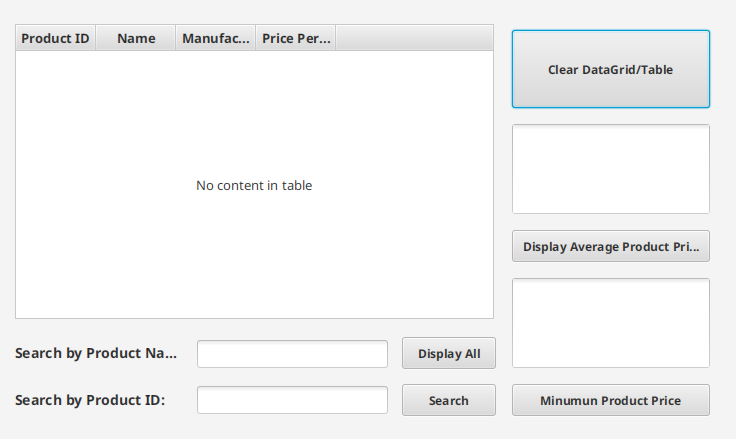
Repository: Kevinrivas96/Java-FinalExam-W24
Program's window: java kevinrivas_COMP1011_003/src/kevinrivas_ex01/displayResults.java
The author's editor kept a copy of each file at every save. The program's window is drawn from the files as they stood at one save, then again after the next save.
It runs on Java 21 on a 1366 x 768 screen with JavaFX 11; the title bar is not drawn.

Above is the program's window before, as saved 2024-04-16 23:29:49.

### kevinrivas_COMP1011_003/src/kevinrivas_ex01/displayResults.java
package kevinrivas_ex01;

import javafx.application.Application;
import javafx.fxml.FXMLLoader;
import javafx.stage.Stage;
import javafx.scene.Parent;
import javafx.scene.Scene;

public class displayResults extends Application {
	   @Override
	   public void start(Stage stage) throws Exception {
	      Parent root =
	         FXMLLoader.load(getClass().getResource("products.fxml"));

	      Scene scene = new Scene(root);
	      stage.setTitle("Products");
	      stage.setScene(scene);
	      stage.show();
	   }

	   public static void main(String[] args) {
	      launch(args);
	   }
	}

### kevinrivas_COMP1011_003/src/kevinrivas_ex01/ProductController.java
package kevinrivas_ex01;

import java.net.URL;
import java.sql.Connection;
import java.sql.DriverManager;
import java.sql.PreparedStatement;
import java.sql.ResultSet;
import java.sql.SQLException;
import java.util.ResourceBundle;

import javafx.event.ActionEvent;
import javafx.fxml.FXML;
import javafx.fxml.Initializable;
import javafx.scene.control.Alert;
import javafx.scene.control.Button;
import javafx.scene.control.TableColumn;
import javafx.scene.control.TableView;
import javafx.scene.control.TextArea;
import javafx.scene.control.TextField;
import javafx.scene.control.cell.PropertyValueFactory;



public class ProductController implements Initializable {

    @FXML
    private TableView<Product> resultsOutput;

    @FXML
    private Button clearBtn;

    @FXML
    private Button searchBtn;

    @FXML
    private TextField productName;

    @FXML
    private TextField productID;

    @FXML
    private TextArea avgOutput;

    @FXML
    private Button displayAvgBtn;

    @FXML
    private TextArea minProdOutput;

    @FXML
    private Button MinProductBtn;


    private Connection connection;
    private PreparedStatement selectAllStatement;
    private PreparedStatement searchStatement;

    @Override
    public void initialize(URL url, ResourceBundle rb) {
        try {
            connection = DriverManager.getConnection("jdbc:mysql://localhost:3306/productsdb", "root", "Welcome1");

            selectAllStatement = connection.prepareStatement("SELECT * FROM products");

            // Configure the columns in the TableView to match your database columns
            TableColumn<Product, Integer> productIDCol = new TableColumn<>("Product ID");
            productIDCol.setCellValueFactory(new PropertyValueFactory<>("productID"));

            TableColumn<Product, String> nameCol = new TableColumn<>("Name");
            nameCol.setCellValueFactory(new PropertyValueFactory<>("name"));

            TableColumn<Product, String> manufacturerNameCol = new TableColumn<>("Manufacturer Name");
            manufacturerNameCol.setCellValueFactory(new PropertyValueFactory<>("manufacturerName"));

            TableColumn<Product, Double> pricePerUnitCol = new TableColumn<>("Price Per Unit");
            pricePerUnitCol.setCellValueFactory(new PropertyValueFactory<>("pricePerUnit"));

            resultsOutput.getColumns().addAll(productIDCol, nameCol, manufacturerNameCol, pricePerUnitCol);

            clearBtn.setOnAction(this::clearAll);
            searchBtn.setOnAction(this::searchProduct);

        } catch (SQLException e) {
            e.printStackTrace();
        }
    }

    @FXML
    private void displayAll(ActionEvent event) {
        try {
            resultsOutput.getItems().clear();
            ResultSet resultSet = selectAllStatement.executeQuery();
            while (resultSet.next()) {
                int productID = resultSet.getInt("ProductID");
                String name = resultSet.getString("Name");
                String manufacturerName = resultSet.getString("ManufacturerName");
                double pricePerUnit = resultSet.getDouble("PricePerUnit");
                resultsOutput.getItems().add(new Product(productID, name, manufacturerName, pricePerUnit));
            }
        } catch (SQLException e) {
            e.printStackTrace();
        }
    }

    @FXML
    private void clearAll(ActionEvent event) {
        resultsOutput.getItems().clear();
        avgOutput.clear();
        minProdOutput.clear();
    }

    @FXML
    private void searchProduct(ActionEvent event) {
        try {
            String searchName = productName.getText().trim();
            String searchID = productID.getText().trim();
            String query = "SELECT * FROM products WHERE Name = ? OR ProductID = ?";
            PreparedStatement searchStatement = connection.prepareStatement(query);
            searchStatement.setString(1, searchName);
            searchStatement.setString(2, searchID);
            ResultSet resultSet = searchStatement.executeQuery();
            resultsOutput.getItems().clear();
            boolean found = false;
            while (resultSet.next()) {
                int productID = resultSet.getInt("ProductID");
                String name = resultSet.getString("Name");
                String manufacturerName = resultSet.getString("ManufacturerName");
                double pricePerUnit = resultSet.getDouble("PricePerUnit");
                resultsOutput.getItems().add(new Product(productID, name, manufacturerName, pricePerUnit));
                found = true;
            }
            searchStatement.close();
            if (!found) {
                // Display an error message here
                Alert alert = new Alert(Alert.AlertType.ERROR);
                alert.setTitle("Search Result");
                alert.setHeaderText(null);
                alert.setContentText("No results found.");
                alert.showAndWait();
            }
        } catch (SQLException e) {
            e.printStackTrace();
        }
    }

    @FXML
    private void displayAveragePrice(ActionEvent event) {
        try {
            String query = "SELECT AVG(PricePerUnit) FROM products";
            PreparedStatement avgStatement = connection.prepareStatement(query);
            ResultSet resultSet = avgStatement.executeQuery();
            if (resultSet.next()) {
                double avgPrice = resultSet.getDouble(1);
                avgOutput.setText(String.valueOf(avgPrice));
            }
            avgStatement.close();
        } catch (SQLException e) {
            e.printStackTrace();
        }
    }

    @FXML
    private void displayMinProduct(ActionEvent event) {
        try {
            String query = "SELECT MIN(PricePerUnit) FROM products";
            PreparedStatement minStatement = connection.prepareStatement(query);
            ResultSet resultSet = minStatement.executeQuery();
            if (resultSet.next()) {
                double minPrice = resultSet.getDouble(1);
                minProdOutput.setText(String.valueOf(minPrice));
            }
            minStatement.close();
        } catch (SQLException e) {
            e.printStackTrace();
        }
    }


    // Don't forget to close the connection when done
    public void close() {
        try {
            if (selectAllStatement != null) {
                selectAllStatement.close();
            }
            if (searchStatement != null) {
                searchStatement.close();
            }
            if (connection != null) {
                connection.close();
            }
        } catch (SQLException e) {
            e.printStackTrace();
        }
    }
}

### kevinrivas_COMP1011_003/src/kevinrivas_ex01/products.fxml
<?xml version="1.0" encoding="UTF-8"?>

<?import javafx.scene.control.Button?>
<?import javafx.scene.control.Label?>
<?import javafx.scene.control.TableView?>
<?import javafx.scene.control.TextArea?>
<?import javafx.scene.control.TextField?>
<?import javafx.scene.layout.AnchorPane?>
<?import javafx.scene.text.Font?>

<AnchorPane maxHeight="-Infinity" maxWidth="-Infinity" minHeight="-Infinity" minWidth="-Infinity" prefHeight="439.0" prefWidth="736.0" xmlns="http://javafx.com/javafx/21" xmlns:fx="http://javafx.com/fxml/1" fx:controller="kevinrivas_ex01.ProductController">
   <children>
      <Button fx:id="clearBtn" layoutX="512.0" layoutY="30.0" mnemonicParsing="false" prefHeight="78.0" prefWidth="198.0" text="Clear DataGrid/Table">
         <font>
            <Font name="System Bold" size="12.0" />
         </font>
      </Button>
      <TextArea fx:id="avgOutput" layoutX="512.0" layoutY="124.0" prefHeight="90.0" prefWidth="198.0" />
      <Button fx:id="displayAvgBtn" layoutX="512.0" layoutY="230.0" mnemonicParsing="false" onAction="#displayAveragePrice" prefHeight="32.0" prefWidth="198.0" text="Display Average Product Price ">
         <font>
            <Font name="System Bold" size="12.0" />
         </font>
      </Button>
      <TextArea fx:id="minProdOutput" layoutX="512.0" layoutY="278.0" prefHeight="90.0" prefWidth="198.0" />
      <Button fx:id="MinProductBtn" layoutX="512.0" layoutY="384.0" mnemonicParsing="false" onAction="#displayMinProduct" prefHeight="32.0" prefWidth="198.0" text="Minumun Product Price">
         <font>
            <Font name="System Bold" size="12.0" />
         </font>
      </Button>
      <Label layoutX="15.0" layoutY="343.0" prefHeight="20.0" prefWidth="171.0" text="Search by Product Name: ">
         <font>
            <Font name="System Bold" size="14.0" />
         </font>
      </Label>
      <Label layoutX="15.0" layoutY="390.0" prefHeight="20.0" prefWidth="171.0" text="Search by Product ID: ">
         <font>
            <Font name="System Bold" size="14.0" />
         </font>
      </Label>
      <Button fx:id="displayAllBtn" layoutX="402.0" layoutY="337.0" mnemonicParsing="false" onAction="#displayAll" prefHeight="32.0" prefWidth="94.0" text="Display All">
         <font>
            <Font name="System Bold" size="12.0" />
         </font>
      </Button>
      <Button fx:id="searchBtn" layoutX="402.0" layoutY="384.0" mnemonicParsing="false" prefHeight="32.0" prefWidth="94.0" text="Search">
         <font>
            <Font name="System Bold" size="12.0" />
         </font>
      </Button>
      <TextField fx:id="productName" layoutX="197.0" layoutY="340.0" prefHeight="26.0" prefWidth="191.0" />
      <TextField fx:id="productID" layoutX="197.0" layoutY="386.0" prefHeight="26.0" prefWidth="191.0" />
      <TableView fx:id="resultsOutput" layoutX="15.0" layoutY="24.0" prefHeight="295.0" prefWidth="479.0" />
   </children>
</AnchorPane>

After the next save:
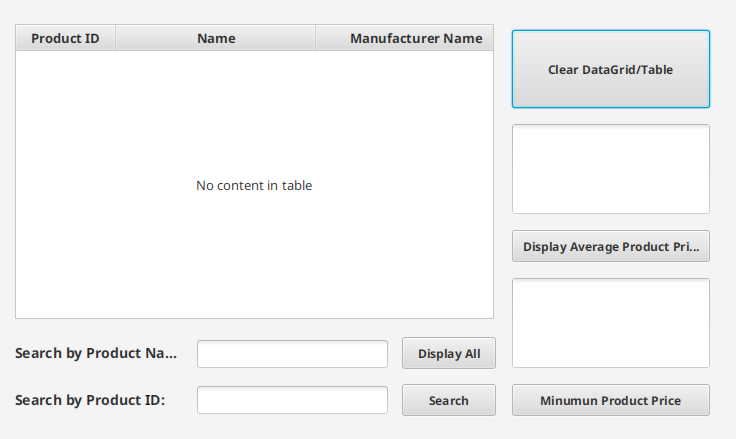
Saved 2 min 2 s later.
--- a/kevinrivas_COMP1011_003/src/kevinrivas_ex01/ProductController.java
+++ b/kevinrivas_COMP1011_003/src/kevinrivas_ex01/ProductController.java
@@ -62,18 +62,21 @@
 
             selectAllStatement = connection.prepareStatement("SELECT * FROM products");
 
-            // Configure the columns in the TableView to match your database columns
             TableColumn<Product, Integer> productIDCol = new TableColumn<>("Product ID");
             productIDCol.setCellValueFactory(new PropertyValueFactory<>("productID"));
+            productIDCol.setPrefWidth(100); // Set the width to 100 pixels
 
             TableColumn<Product, String> nameCol = new TableColumn<>("Name");
             nameCol.setCellValueFactory(new PropertyValueFactory<>("name"));
+            nameCol.setPrefWidth(200); // Set the width to 200 pixels
 
             TableColumn<Product, String> manufacturerNameCol = new TableColumn<>("Manufacturer Name");
             manufacturerNameCol.setCellValueFactory(new PropertyValueFactory<>("manufacturerName"));
+            manufacturerNameCol.setPrefWidth(200); // Set the width to 200 pixels
 
             TableColumn<Product, Double> pricePerUnitCol = new TableColumn<>("Price Per Unit");
             pricePerUnitCol.setCellValueFactory(new PropertyValueFactory<>("pricePerUnit"));
+            pricePerUnitCol.setPrefWidth(100); // Set the width to 100 pixels
 
             resultsOutput.getColumns().addAll(productIDCol, nameCol, manufacturerNameCol, pricePerUnitCol);
 
